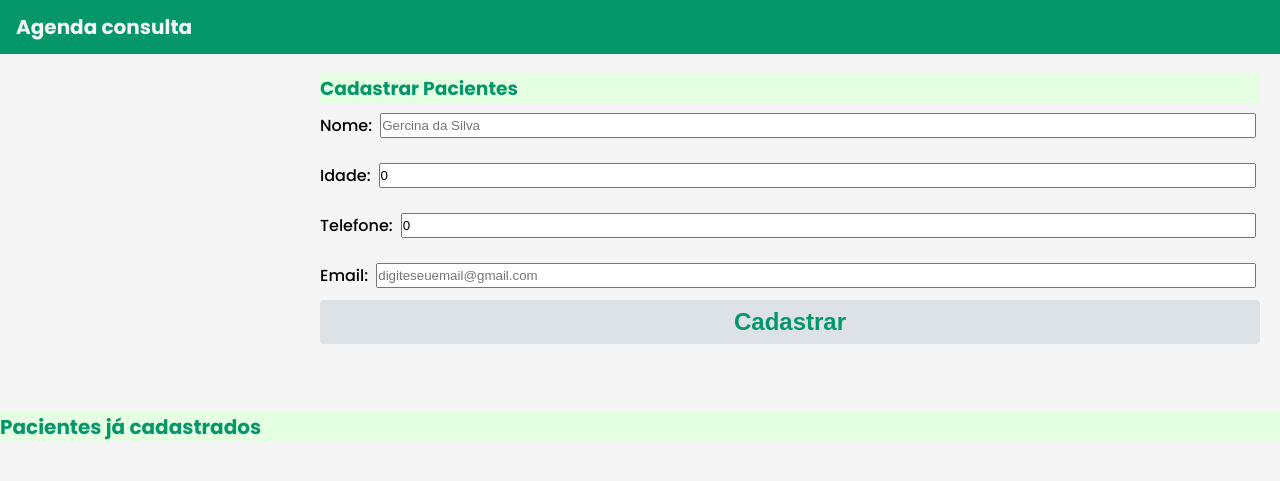
Repository: BarbaraCD/agendaconsulta
Page: /
An editor plug-in stored every save of this project. The page is shown before and after the next save, followed by the edit.
The browser window is 1280 px wide. The pictures show the whole page.
The page's requests for data from a server got no answer. The project was rebuilt for these pictures with package versions that can differ from the ones it lists, and the page was loaded fresh each time. No one was signed in, and anything a server would have sent is missing. Also part of the build but not shown: vite.config.ts, src/styles/StyleList.ts, src/components/Patients.tsx.

Above is the page before, as saved 2023-07-28 15:33:34.

### index.html
<!DOCTYPE html>
<html lang="en">
  <head>
    <meta charset="UTF-8" />
    <link rel="icon" type="image/svg+xml" href="/vite.svg" />
    <meta name="viewport" content="width=device-width, initial-scale=1.0" />

    <link rel="preconnect" href="https://fonts.googleapis.com">
    <link rel="preconnect" href="https://fonts.gstatic.com" crossorigin>
    <link href="https://fonts.googleapis.com/css2?family=Poppins:wght@400;500;700&display=swap" rel="stylesheet">

    <title>Agendamento de Consulta</title>
  </head>
  <body>
    <div id="root"></div>
    <script type="module" src="/src/main.tsx"></script>
  </body>
</html>

### src/main.tsx
import React from 'react'
import ReactDOM from 'react-dom/client'
import App from './App.tsx'
import { ThemeProvider } from 'styled-components'
import { theme } from './styles/Theme.ts'

ReactDOM.createRoot(document.getElementById('root')!).render(
  <React.StrictMode>
    <ThemeProvider theme={theme}>
      <App />
    </ThemeProvider>
  </React.StrictMode>,
)

### src/App.tsx
import './styles/global'
import { Header } from './components/Header'
import GlobalStyle from './styles/global'
import { CreatePatient } from './components/CreatePatient'

function App() {

  return (
    <>
      <GlobalStyle />
      <Header />
      {/* <Sidebar /> */}
      {/* <CreateDoctor/> */}
      <CreatePatient />

    </>
  )
}

export default App

### src/styles/Theme.ts

export const theme = {
  colors: {
    primary: '#059669',
    head: '#059669B3',
    900: '#6A8D73',
    800: '#AFC5A6',
    700: '#F4FDD9',
    100: '#E4FFE1',

    sbcolor: '#DCE2E6',
    gray: '#41414D',
    black: '#000',
    white: '#f5f5f5',
  },

  size: {
    sm: '14px',
    md: '16px',
    lg: '18px',
    xl: '20px',
    xxl: '24px'
  }
}

### src/styles/global.ts
import { createGlobalStyle } from 'styled-components'

export default createGlobalStyle`
  *{
    margin: 0;
    padding: 0;
    box-sizing: border-box;
  }
  body{
    font-family: 'Poppins', sans-serif;
    background: ${(props) => props.theme.colors.white};
    font-size: ${(props) => props.theme.size.xl};
  }
`

### src/components/Header.tsx
import { styled } from "styled-components"

const Container = styled.div`
  background-color: ${(props) => props.theme.colors.primary};
  padding: 12px 16px;
  color: ${(props) => props.theme.colors.white};
  font-weight: 700;
`

export function Header(){
  return (
    <Container>
      Agenda consulta
    </Container>
  )
}

### src/components/CreatePatient.tsx
import { useEffect, useState } from 'react'
import { Patients, PatientsProps } from './Patients'
import { createPatient, getPatient } from '../services/patient.services'
import { InputPatients } from './InputPatient'
import { SubmitButton } from './SubmitButton'
import { Container, Container2, Container3 }  from '../styles/CreateContainer'


export function CreatePatient(){

  const [patients, setPatients] = useState<PatientsProps[]>([])
  const [newPatient, setNewPatient] = useState<PatientsProps>({
    id: 0,
    name: '',
    age: 0,
    telephone: 0,
    email:''
  })

  useEffect(() => {
    fetchPatient().catch((error) => {
      console.error('Error fetching Patients:', error);
    });
  }, []);

  async function fetchPatient() {
    try {
      const response: PatientsProps[] = await getPatient();
      setPatients(response);
    } catch (error) {
      console.error('Error fetching Patients:', error);
    }
  }

  async function createNewPatient(){
    if(
      newPatient?.name.trim() !== '' &&
      typeof newPatient?.age === 'number' && newPatient?.age > 0 &&
      typeof newPatient?.telephone === 'number' && newPatient?.telephone > 0 &&
      newPatient?.email.trim() !== ''
      ){
        try {
          await createPatient(newPatient.name, newPatient.age, newPatient.telephone, newPatient.email);
          await fetchPatient();
            setNewPatient({
              id: 0,
              name: '',
              age: 0,
              telephone: 0,
              email: ''
            })
        console.log("Médico cadastrado com sucesso!")
        } catch(error){
          console.log("Erro ao cadastrar medico:", error)
        }
      } else {
        console.error("Por favor, preencha todos os campos corretamente.")
      }
  }

  return(
    <Container>
      <Container2>
        <InputPatients
          name={newPatient.name}
          age={newPatient.age}
          telephone={newPatient.telephone}
          email={newPatient.email}
          onNameChange={(value) => setNewPatient({ ...newPatient, name: value })}
          onAgeChange={(value) => setNewPatient({ ...newPatient, age: value })}
          onTelephoneChange={(value) => setNewPatient({ ...newPatient, telephone: value})}
          onEmailChange={(value) =>
            setNewPatient({ ...newPatient, email: value })
          }
        />

          <SubmitButton onClick={createNewPatient}/>
        </Container2>

        <Container3>
          <h3>Pacientes já cadastrados</h3>
          {patients.length > 0 && (
            patients.map((patients) => (
              <Patients
                id={patients.id}
                key={patients.id}
                name={patients.name}
                age={patients.age}
                telephone={patients.telephone}
                email={patients.email}
              />
            ))
          )}
        </Container3>

    </Container>
  )
}

### src/services/patient.services.ts
import axios from 'axios';
import { PatientsProps } from '../components/Patients'
import { api } from './ApiConfig'

export async function getPatient(): Promise<PatientsProps[]> {
  try {
    const response = await axios.get('http://localhost:3333/patient');
    // eslint-disable-next-line @typescript-eslint/no-unsafe-return
    return response.data;
  } catch (error) {
    throw new Error('Erro ao obter dados dos pacientes:');
  }
}

export async function createPatient(name: string, age: number, telephone: number, email: string){
  return api.post('/patient', {
    name,
    age,
    telephone,
    email,
  })
}

### src/components/InputPatient.tsx
import { InputContainer } from '../styles/InputContainer'

interface InputPatientsProps{
  name: string
  age: number
  telephone: number
  email: string
  onNameChange: (value: string) => void
  onAgeChange: (value: number) => void
  onTelephoneChange: (value: number) => void
  onEmailChange: (value: string) => void
}

export function InputPatients(props: InputPatientsProps) {
  return (
    <InputContainer>
      <h3>Cadastrar Pacientes</h3>
        <label>
          <p>Nome:</p>
          <input
            type="text"
            name="nome"
            value={props.name}
            onChange={(event) => props.onNameChange(event.target.value)}
            placeholder='Gercina da Silva'
          />
        </label>
        <br />
        <label>
          <p>Idade:</p>
          <input
            type="text"
            name="idade"
            value={props.age}
            onChange={(event) => props.onAgeChange(Number(event.target.value))}
            placeholder='idade'
          />
        </label>
        <br />
        <label>
          <p>Telefone:</p>
          <input
            type="text"
            name="telefone"
            value={props.telephone}
            onChange={(event) => props.onTelephoneChange(Number(event.target.value))}
          />
        </label>
        <br />
        <label>
          <p>Email:</p>
          <input
            type="text"
            name="email"
            value={props.email}
            onChange={(event) => props.onEmailChange(event.target.value)}
            placeholder='digiteseuemail@gmail.com'
          />
        </label>
    </InputContainer>
  );
}

### src/components/SubmitButton.tsx
import { styled } from "styled-components"

interface SubmitButtonProps {
  onClick: () => void
}

const StyledButton = styled.button`
  padding: 8px;
  margin: 12px 0;
  border-radius: 4px;
  color: ${(props) => props.theme.colors.primary};
  border: none;
  background-color: ${(props) => props.theme.colors.sbcolor};
  cursor: pointer;

  p{
    font-size: ${(props) => props.theme.size.xxl};
    font-weight: 700;
  }
`

export function SubmitButton({ onClick }: SubmitButtonProps) {
  return (
    <StyledButton onClick={onClick}>
      <p>
        Cadastrar
      </p>
    </StyledButton>
  )
}

### src/styles/CreateContainer.ts
import styled from "styled-components"

export const Container = styled.div`
  background-color: ${(props) => props.theme.colors.white};
  justify-content: start;
  align-items: center;
`

export const Container2 = styled.div`
  display: flex;
  flex-direction: column;
  margin-left: 300px;
  padding: 20px;
`
export const Container3 = styled.div`
  margin-top: 24px;
  padding: 12px 0;

  h3{
    font-size: ${(props) => props.theme.size.xl};
    color: ${(props) => props.theme.colors.primary};
    background-color: ${(props) => props.theme.colors[100]};
    margin-bottom: 12px;
  }
`

### src/services/ApiConfig.ts
import axios from "axios";

export const api = axios.create({
  baseURL: 'http://localhost:3333',
})

### src/styles/InputContainer.ts
import styled from "styled-components"

export const InputContainer = styled.div`

  color: ${(props) => props.theme.colors.black};
  font-size: ${(props) => props.theme.size.md};

  h3 {
    background-color: ${(props) => props.theme.colors[100]};
    color: ${(props) => props.theme.colors.primary};
    margin-bottom: 10px;
  }

  label {
    display: flex;
    margin-right: 4px;
  }

  p{
    font-size: ${(props) => props.theme.size.md};
    font-weight: 500;
  }

  input {
    width: 80vw;
    margin-left: 8px;
  }
`

After the next save:
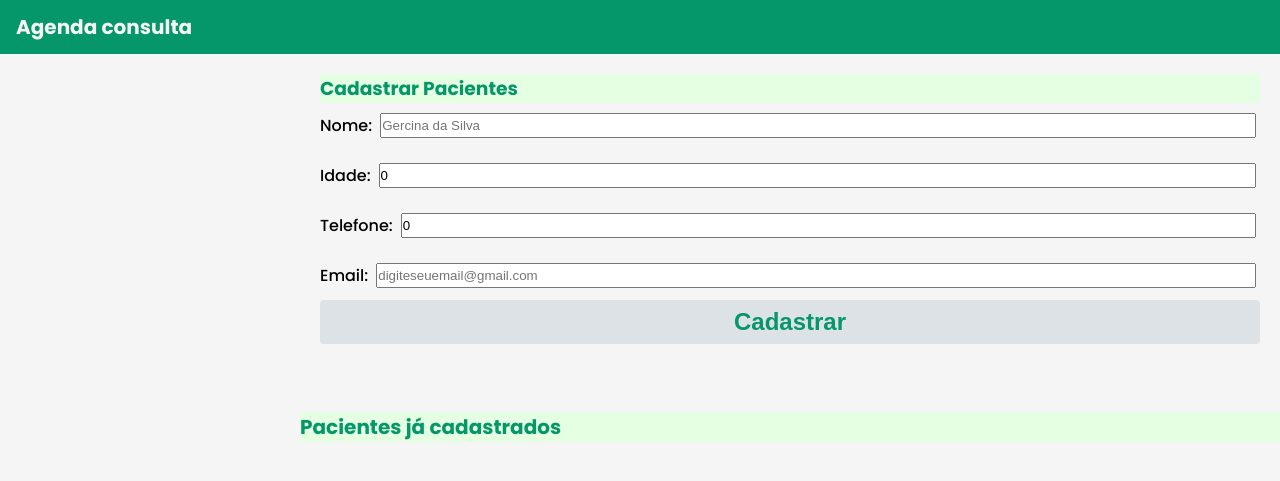
Saved 17 s later.
--- a/src/styles/CreateContainer.ts
+++ b/src/styles/CreateContainer.ts
@@ -14,6 +14,7 @@ export const Container2 = styled.div`
 `
 export const Container3 = styled.div`
   margin-top: 24px;
+  margin-left: 300px;
   padding: 12px 0;
 
   h3{
